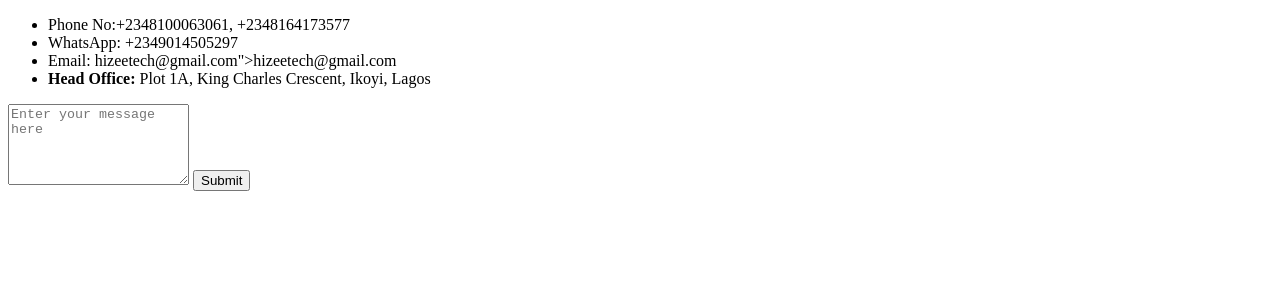
Repository: hizeetech/First-Assignment
Page: contact_us.html
The author's editor kept a copy of each file at every save. The page is drawn from the files as they stood at one save, then again after the next save.
The browser window is 1280 px wide. The pictures show the whole page.

Above is the page before, as saved 2024-11-09 01:22:29.

After the next save:
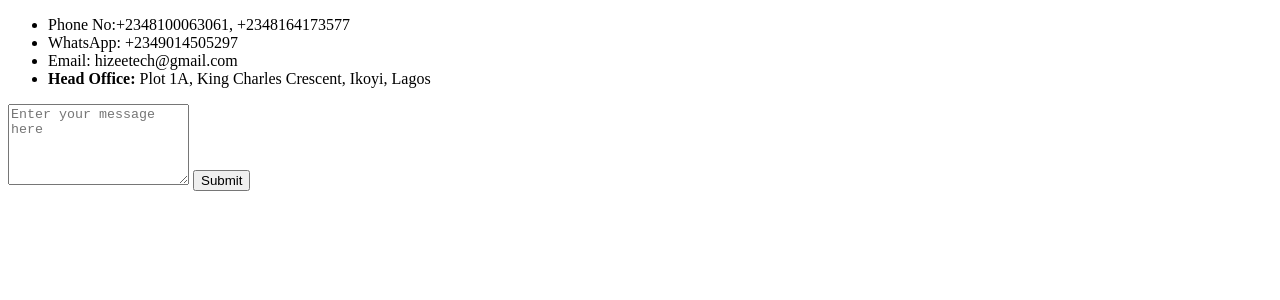
Saved 8 s later.
--- a/contact_us.html
+++ b/contact_us.html
@@ -11,7 +11,7 @@
             <ul>
                 <li>Phone No:+2348100063061, +2348164173577</li>
                 <li>WhatsApp: +2349014505297</li>
-                <li>Email: hizeetech@gmail.com">hizeetech@gmail.com</li>
+                <li>Email: hizeetech@gmail.com</li>
                 <li><strong>Head Office:</strong> Plot 1A, King Charles Crescent, Ikoyi, Lagos</li>
             </ul>
         </p>
